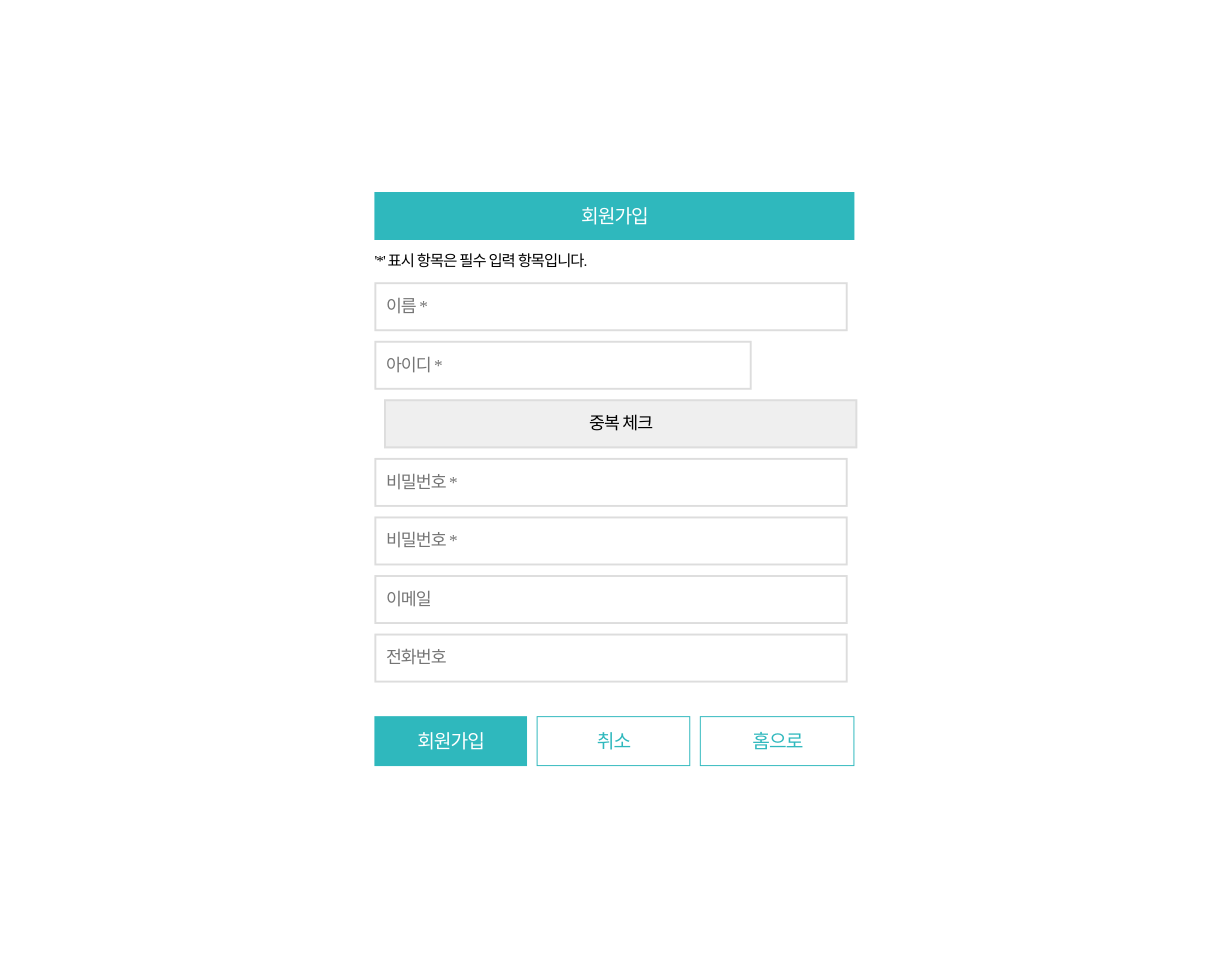
Repository: InhoKang92/jsp_1018
Page: http://localhost/Web_01/join.jsp
These files come from the project's save history. The page is drawn as it stood at one moment and after the next save; the edit follows.
The browser window is 1280 px wide. The pictures show the whole page, at 96% of full size.
Some web fonts or font styles are not loaded; a fallback is used. The page is served by Tomcat 9.

Above is the page before, as saved 2024-10-16 02:12:38.

After the next save:
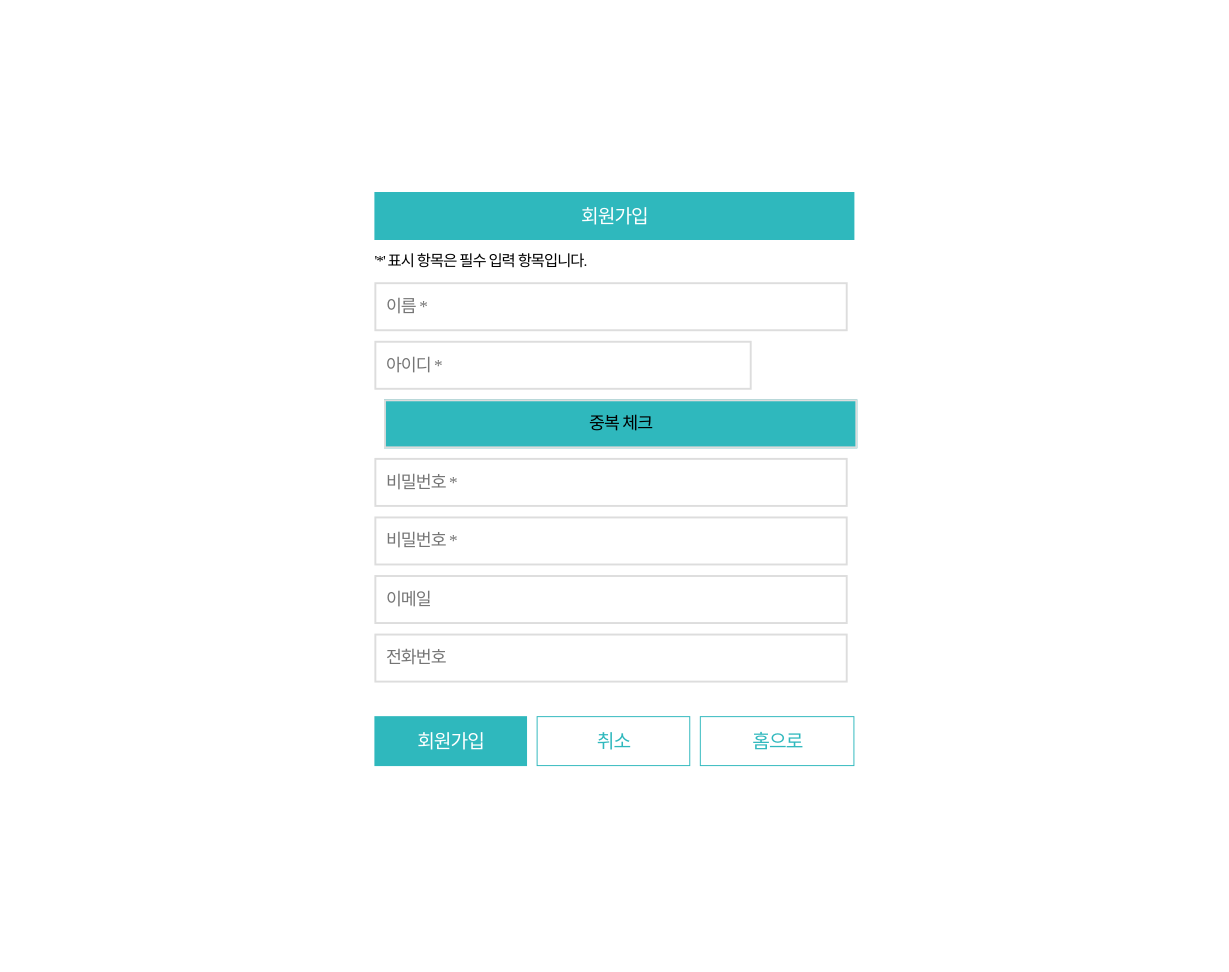
Saved 11 s later.
--- a/Web_01/src/main/webapp/css/join.css
+++ b/Web_01/src/main/webapp/css/join.css
@@ -43,6 +43,7 @@
 	width: 90px;
 	margin-left: 10px;
 	border: none;
+	background-color: #2fb8bd;
 	padding: 10px;
     font-size: 14px;
 }
